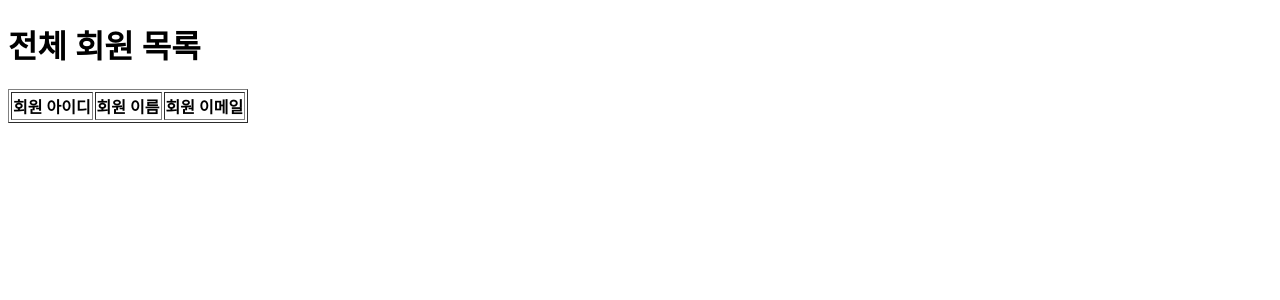
Repository: hanbeen03/javabasic
Page: http://localhost/JDBCBasic/users/users_get_all.jsp
The author's editor kept a copy of each file at every save. The page is drawn from the files as they stood at one save, then again after the next save.
The browser window is 1280 px wide. The pictures show the whole page.
The page is served by Tomcat 9. Other server files are loaded and not shown.

Above is the page before, as saved 2021-08-06 02:09:58.

### JDBCBasic/WebContent/users/users_get_all.jsp
<%@ page language="java" contentType="text/html; charset=UTF-8"
    pageEncoding="UTF-8"%>
<%


%>
<!DOCTYPE html>
<html>
<head>
<meta charset="UTF-8">
<title>Insert title here</title>
</head>
<body>
	<h1>전체 회원 목록</h1>

	<table border="1">
		<thead>
			<tr>
				<th>회원 아이디</th>
				<th>회원 이름</th>
				<th>회원 이메일</th>
			</tr>
		</thead>
	</table>
</body>
</html>

After the next save:
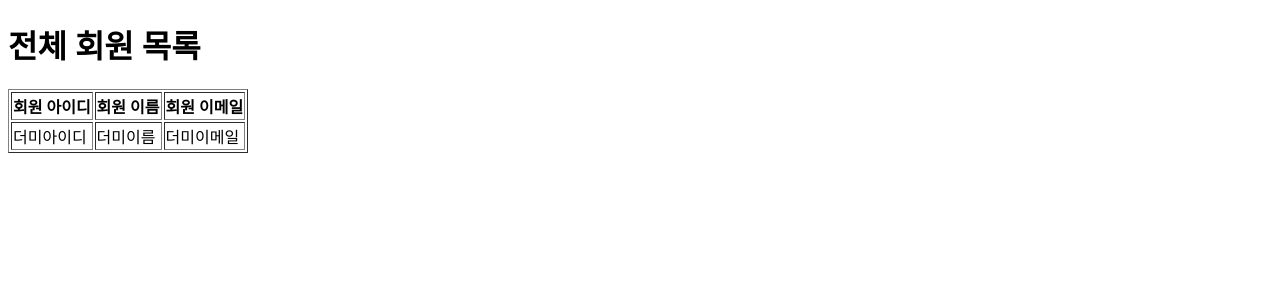
Saved 2 min 30 s later.
--- a/JDBCBasic/WebContent/users/users_get_all.jsp
+++ b/JDBCBasic/WebContent/users/users_get_all.jsp
@@ -21,6 +21,13 @@
 				<th>회원 이메일</th>
 			</tr>
 		</thead>
+		<tbody>
+			<tr>
+				<td>더미아이디</td>
+				<td>더미이름</td>
+				<td>더미이메일</td>
+			</tr>
+		</tbody>
 	</table>
 </body>
 </html>
